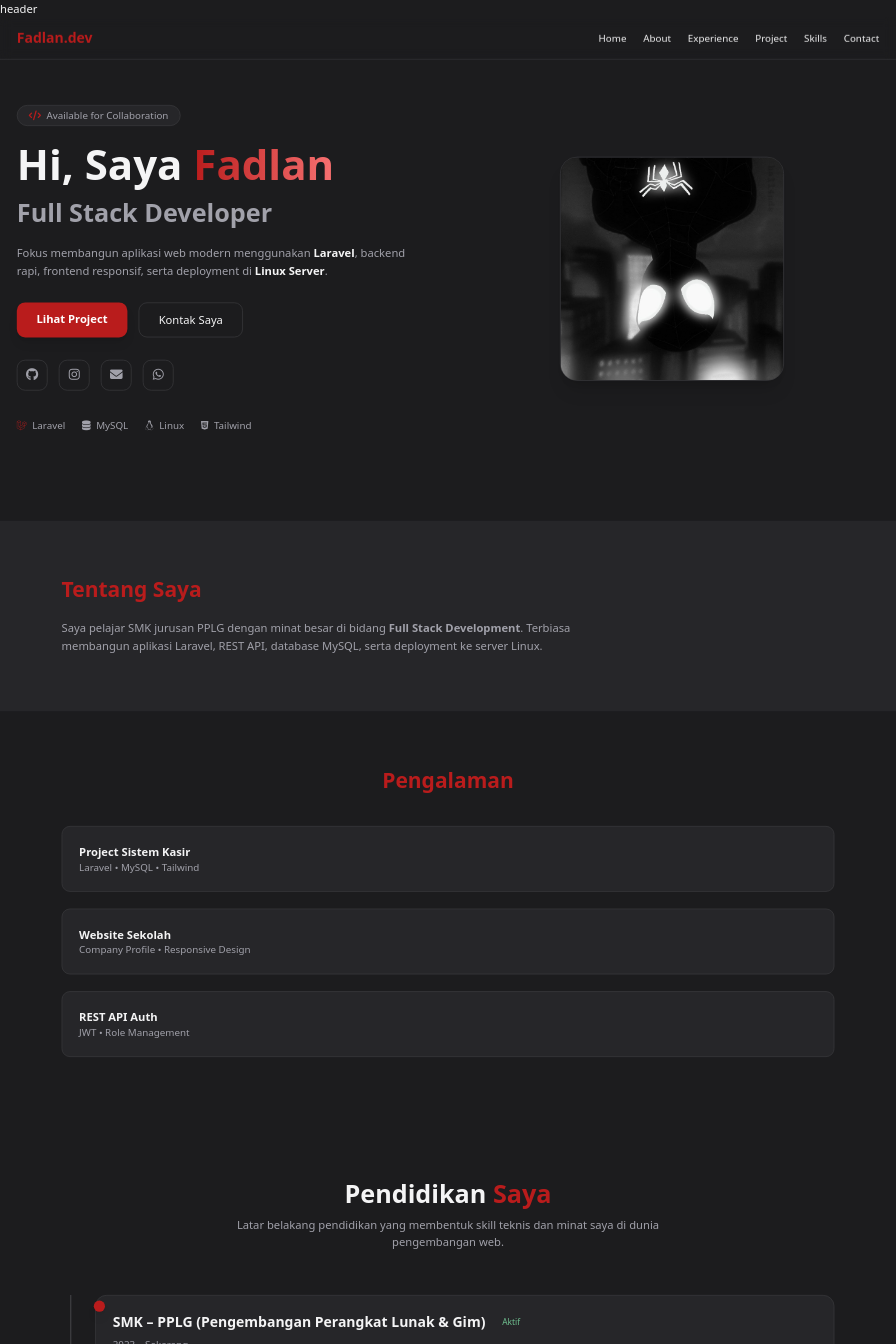
Repository: Fadlan079/Personal-Portfolio
Page: http://localhost/
These files come from the project's save history. The page is drawn as it stood at one moment and after the next save; the edit follows.
The browser window is 1280 px wide. The pictures show the part of the page from y = 0 to 1920 px (the page is 4660 px tall before and 4636 px after), at 70% of full size.
Some web libraries are served in a nearby version. The page is served by the project's Laravel application, run on PHP 8.4 with Laravel 12.

Above is the page before, as saved 2026-01-15 08:04:57.

After the next save:
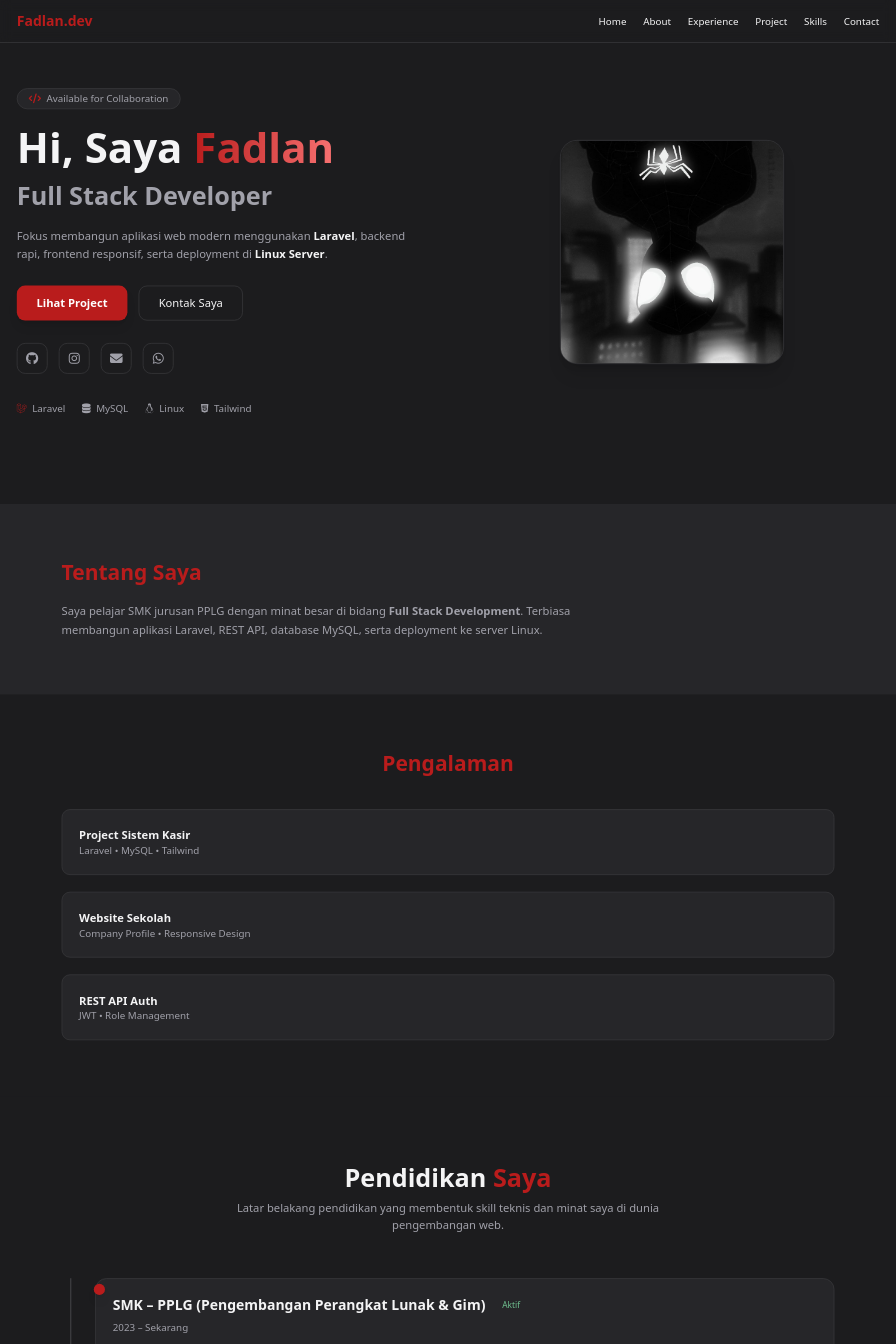
Saved 4 s later.
--- a/resources/views/portofolio.blade.php
+++ b/resources/views/portofolio.blade.php
@@ -78,7 +78,9 @@
 </head>
 
 <body class="bg-bg text-text">
-  header
+  <header>
+
+  </header>
 <nav class="fixed w-full bg-bg/80 backdrop-blur border-b border-border z-50">
   <div class="max-w-7xl mx-auto px-6 py-4 flex justify-between items-center">
     <h1 class="text-xl font-bold text-primary">Fadlan.dev</h1>
